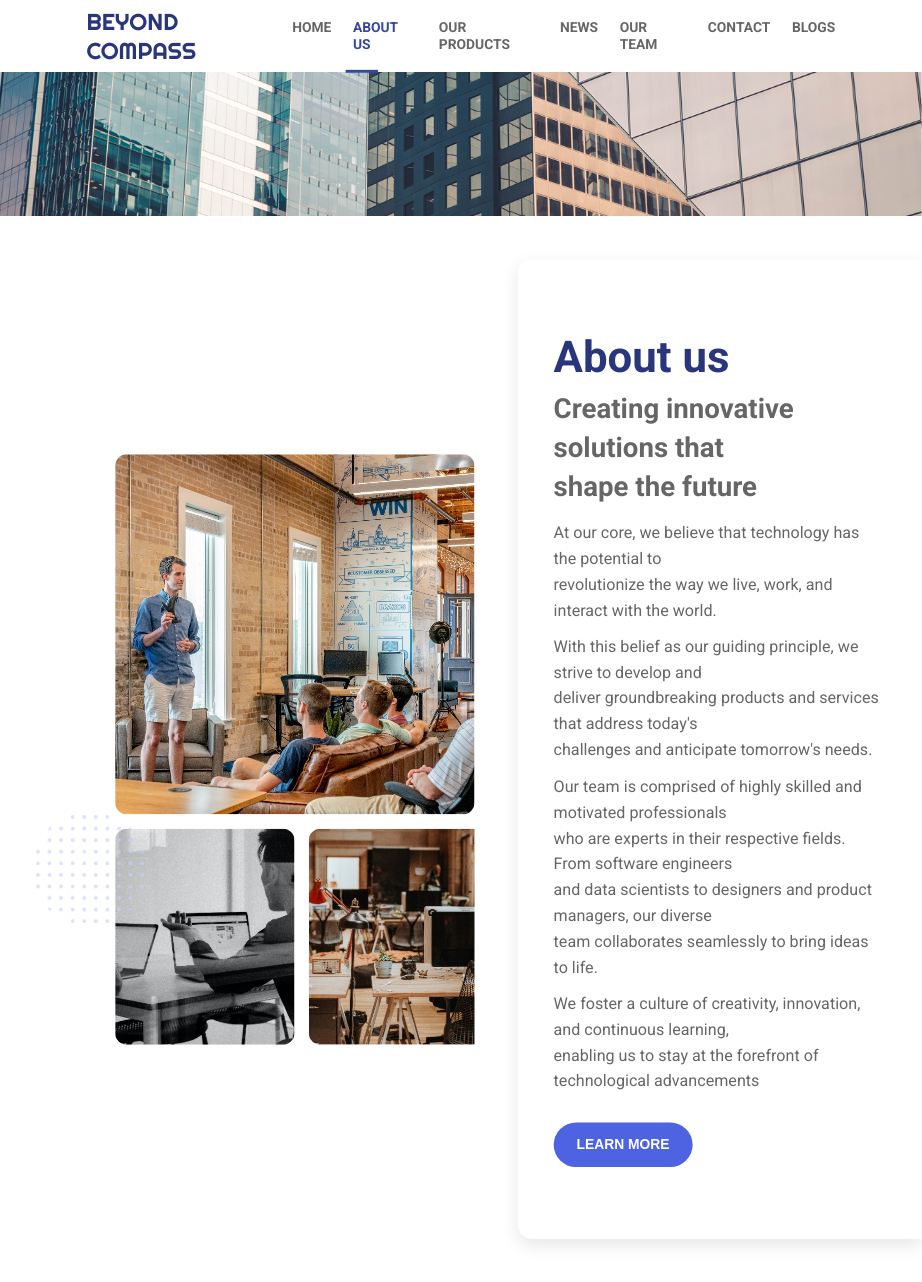
Repository: trunghau06/baitapRn
Page: pages/about.html
An editor plug-in stored every save of this project. The page is shown before and after a run of saves, followed by the edit.
The browser window is 1280 px wide. The pictures show the whole page, at 72% of full size.

Above is the page before, as saved 2025-10-09 22:21:25.

### pages/about.html
<!DOCTYPE html>
<html lang="en">
<head>
    <meta charset="UTF-8">
    <meta name="viewport" content="width=device-width, initial-scale=1.0">
    <title>About us</title>
    <link rel="stylesheet" href="../style/about.css?v=1">
    <link rel="stylesheet" href="https://cdnjs.cloudflare.com/ajax/libs/font-awesome/6.5.1/css/all.min.css">
    <link href="https://fonts.googleapis.com/css2?family=Roboto:wght@400;700&display=swap" rel="stylesheet">
</head>
<body>
    <!-- Thanh Header -->
    <header>
        <div class="header-Page">
            <!-- Logo -->
            <div class="logo">BEYOND COMPASS</div>

            <!-- Navigation Menu -->
            <nav>
                <ul>
                   <li><a href="../index.html">HOME</a></li>
                    <li><a href="about.html" class="active">ABOUT US</a></li>
                    <li><a href="product.html">OUR PRODUCTS</a></li>
                    <li><a href="news.html">NEWS</a></li>
                    <li><a href="team.html">OUR TEAM</a></li>
                    <li><a href="contact.html">CONTACT</a></li>
                    <li><a href="blogs.html">BLOGS</a></li>
                </ul>
            </nav>
        </div>
    </header>

    <div class="header-banner"></div>

    <!-- Nội dung chính -->

    <div class="main-section">
        <!-- Phan khung anh-->
        <div class="image-section">
            <!-- Anh lon -->
            <div class="image-large">
                <img src="../Images/image_about_1.jpg" alt="Ảnh lớn">
            </div>

            <!-- Anh nho -->
            <div class="img-small">
                <img src="../Images/image_about_2.jpg" alt="Laptop workspace">
                <img src="../Images/image_about_3.jpg" alt="Office">
            </div>
        </div>

        <div class="image-blur">
            <img src="../Images/image_blur.png">
        </div>

        <!-- Phan noi dung -->
        <div class="content-section">
            <h2>About us</h2>

            <h3>Creating innovative solutions that<br>shape the future</h3>

            <p>
                At our core, we believe that technology has the potential to<br>
                revolutionize the way we live, work, and interact with the world.<br>
            </p>

            <p>
                With this belief as our guiding principle, we strive to develop and<br>
                deliver groundbreaking products and services that address today's<br>
                challenges and anticipate tomorrow's needs.
            </p>

            <p>
                Our team is comprised of highly skilled and motivated professionals<br>
                who are experts in their respective fields. From software engineers<br>
                and data scientists to designers and product managers, our diverse<br>
                team collaborates seamlessly to bring ideas to life.
            </p>

            <p>
                We foster a culture of creativity, innovation, and continuous learning,<br>
                enabling us to stay at the forefront of technological advancements
            </p>

            <button class="btn-learnmore">LEARN MORE</button>
        </div>
    </div>
</body>
</html>

### style/about.css
@import url('https://fonts.googleapis.com/css2?family=Righteous&display=swap');

* {
    margin: 0;
    padding: 0;
    box-sizing: border-box;
}

body {
    font-family: Arial, sans-serif;
}

/* Header */
.header-Page {
    position: fixed;
    top: 0;
    left: 0;
    width: 100%;
    margin: 0 auto;
    padding: 0 60px;
    display: flex;
    justify-content: space-between;
    align-items: center;
    height: 100px;
    background-color: white;
    z-index: 1000;
}


/* Logo */
.logo {
    font-family: 'Righteous', Arial, sans-serif;
    color: #2A367C;
    font-size: 2em;
    font-weight: 400;
    padding-left: 60px;
}

/* Menu */
nav ul {
    list-style: none;
    display: flex;
    gap: 30px;
    padding-right: 60px;
}

nav ul li a {
    text-decoration: none;
    color: #666666;
    font-size: 1.2em;
    font-weight: 700;
    padding-bottom: 28px;
    font-family: 'Roboto', Arial, sans-serif;
    position: relative;
}

nav ul li a::after {
    content: '';
    position: absolute;
    bottom: 0;
    left: -10px;
    right: -10px;
    height: 4px;
}

nav ul li a:hover,
nav ul li a.active {
    color: #3746A0;
}

nav ul li a:hover::after,
nav ul li a.active::after {
    background-color: #3746A0;
}

/* Banner */
.header-banner {
    margin-top: 100px;
    width: 100%;
    height: 200px;
    background-image: url('../Images/anhHeader_2.png');
    background-size: cover;
    background-position: center;
}

/* Main Content */
.main-section {
    display: flex;
    justify-content: space-between;
    align-items: center;
    width: 100%;
    margin: 40px auto;
    background-color: #FFFFFF;
    padding: 20px 0 20px 100px;
    gap: 60px;
    position: relative;
}

.image-blur {
    position: absolute;
    left: 50px;
    top: 62%;
    transform: translateY(-50%);
    z-index: 999;
}

.image-blur img {
    width: 150px;
    height: auto;
    opacity: 0.6;
}

.image-section {
    width: 50%;
    display: flex;
    flex-direction: column;
    gap: 20px;
    overflow: hidden;
    padding-left: 60px;
}

.image-large {
    width: 100%;
    height: 500px;
    border-radius: 16px;
    overflow: hidden;
}

.image-large img {
    width: 100%;
    height: 100%;
    object-fit: cover;
    display: block;
}

.img-small {
    display: flex;
    gap: 20px;
}

.img-small img {
    width: 50%;
    height: 300px;
    aspect-ratio: 1 / 1;
    border-radius: 16px;
    object-fit: cover;
}

.content-section {
    width: 50%;
    background: #FFFFFF;
    box-shadow: 0 8px 24px rgba(0, 0, 0, 0.1);
    border-radius: 20px 0 0 20px;
    padding: 100px 50px;
    display: flex;
    flex-direction: column;
    justify-content: center;
}

.content-section h2 {
    font-family: 'Roboto', Arial, sans-serif;
    color: #2A367C;
    font-size: 3.8em;
    font-weight: 700;
    margin-bottom: 10px;
}

.content-section h3 {
    font-family: 'Roboto', Arial, sans-serif;
    font-size: 2.4em;
    color: #666666;
    line-height: 1.4;
    margin-bottom: 20px;
    font-weight: bold;
}

.content-section p {
    color: #666666;
    font-family: 'Roboto', Arial, sans-serif;
    line-height: 1.6;
    margin-bottom: 15px;
    font-size: 1.4em;
}

.btn-learnmore {
    margin-top: 24px;
    background-color: #4D63E2;
    color: white;
    font-size: 1.2em;
    font-weight: 600;
    padding: 20px 32px;
    border: none;
    border-radius: 32px;
    cursor: pointer;
    transition: all 0.3s ease;
    align-self: flex-start;
}

After the next 2 saves:
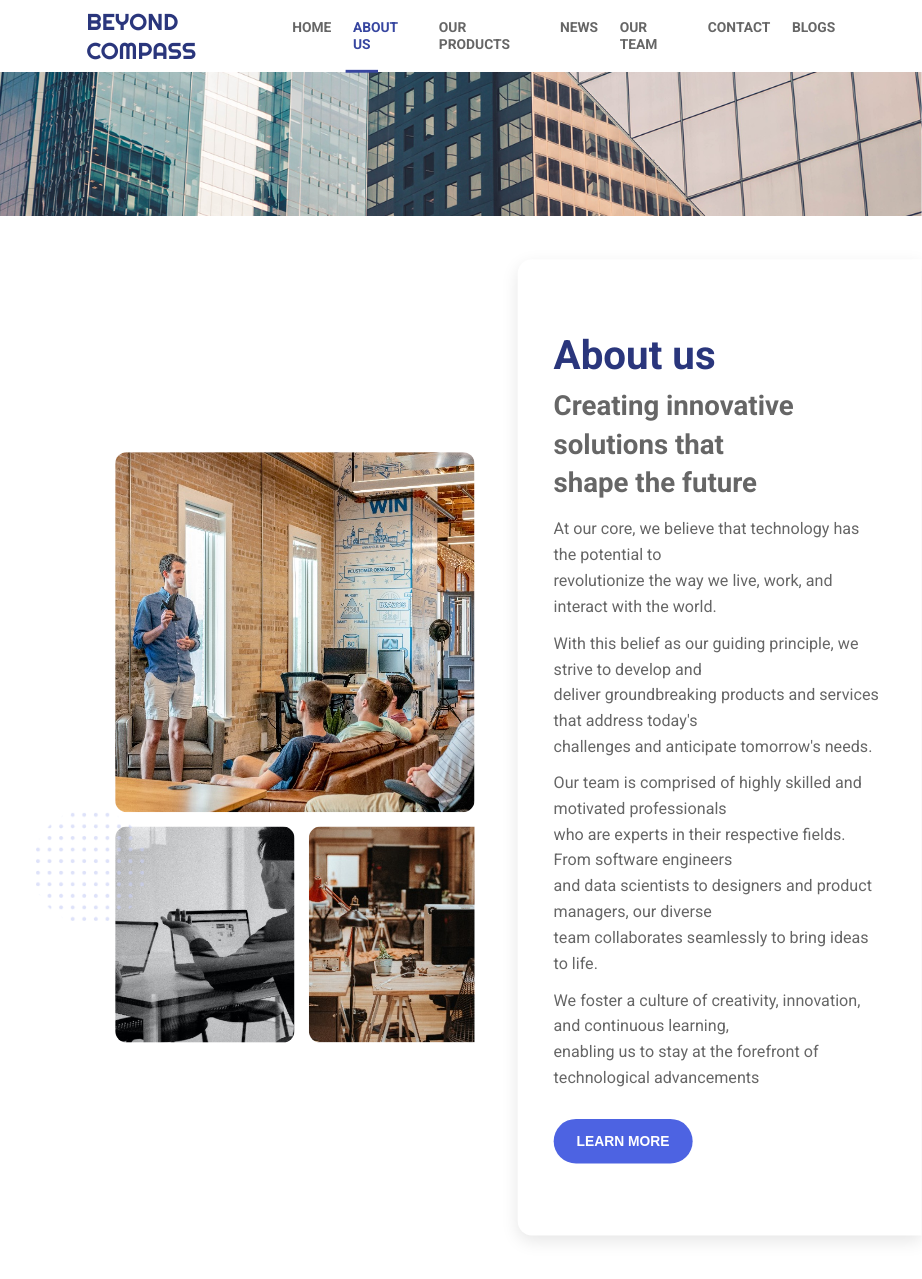
The 2 saves are shown as one change because they came seconds apart.
The last was saved 62 s later.
--- a/style/about.css
+++ b/style/about.css
@@ -160,7 +160,7 @@ nav ul li a.active::after {
 .content-section h2 {
     font-family: 'Roboto', Arial, sans-serif;
     color: #2A367C;
-    font-size: 3.8em;
+    font-size: 3.5em;
     font-weight: 700;
     margin-bottom: 10px;
 }
